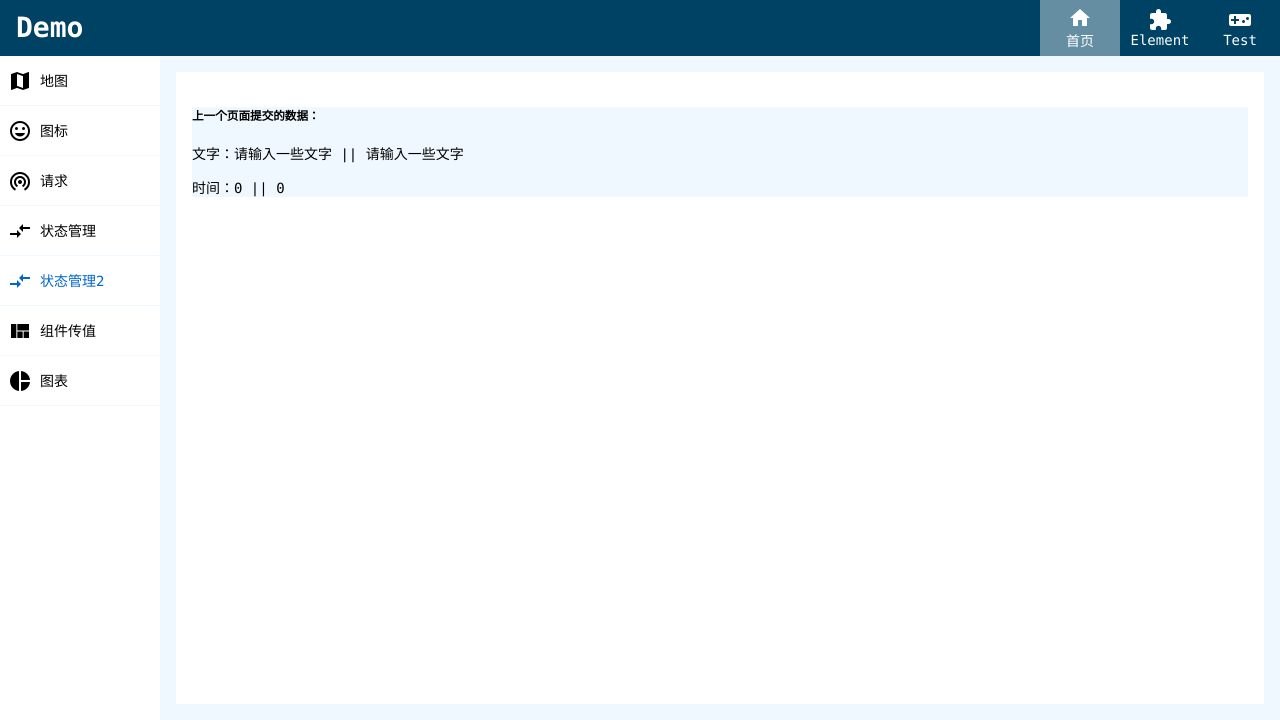
Repository: zh-webliker/element-vue
Page: /Main/Storage2
These files come from the project's save history. The page is drawn as it stood at one moment and after the next save; the edit follows.
The browser window is 1280 px wide. The pictures show the whole page.
The project was rebuilt for these pictures with package versions that can differ from the ones it lists, and the page was loaded fresh each time. Also part of the build but not shown: vue.config.js. Imported but missing from the stored project, and not drawn on this page: src/json/contour, src/json/hl.

Above is the page before, as saved 2020-08-05 18:03:39.

### public/index.html
<!DOCTYPE html>
<html lang="en">
  <head>
    <meta charset="utf-8">
    <meta http-equiv="X-UA-Compatible" content="IE=edge">
    <meta name="viewport" content="width=device-width,initial-scale=1.0">
    <link rel="icon" href="<%= BASE_URL %>favicon.ico">
    <title>demo</title>

  </head>
  <body>
    <noscript>
      <strong>We're sorry but demo doesn't work properly without JavaScript enabled. Please enable it to continue.</strong>
    </noscript>
    <div id="app"></div>
    <!-- built files will be auto injected -->
  </body>
</html>

### src/main.js
import Vue from 'vue'
import App from './App.vue'
import router from './router'
import store from './store/store'

import './style/style.scss'
import 'material-icons'


/***
 * 初始化axios
 * https://www.kancloud.cn/yunye/axios/234845
 */
import axios from 'axios'
axios.defaults.baseURL = process.env.NODE_ENV === 'production' ? '/' : '/api';
axios.defaults.headers.withCredentials = true;
Vue.prototype.$axios = axios;

// import './style/test.scss'

/**
 * element
 * */
import Element from 'element-ui'
import './style/element-variables.scss'
Vue.use(Element);


Vue.config.productionTip = false;

new Vue({
  router,
  store,
  render: h => h(App)
}).$mount('#app');

### src/App.vue
<template>
  <div id="app">

    <!--header标签和下面的nav标签，是H5新增的标签，相当于有语义的div-->
    <header class="header">

      <h1>{{appName}}</h1>

      <nav>

        <!--router-link是vue自带组件，用于项目内跳转，会编译成a标签-->
        <router-link to="/Main">
          <i class="material-icons">home</i>
          <span>首页</span>
        </router-link>
        <router-link to="/Element">
          <i class="material-icons">extension</i>
          <span>Element</span>
        </router-link>

        <router-link to="/Test">
          <i class="material-icons">videogame_asset</i>
          <span>Test</span>
        </router-link>
        <!--<router-link to="/">
          <i class="material-icons">logout</i>
          <span>退出</span>
        </router-link>-->
      </nav>
    </header>

    <router-view/>

  </div>
</template>

<script>
  const appName = "Demo";

  export default ({
    name: "App",
    data(){
      return {
        appName
      }
    }
  })

</script>

<style lang="scss">

</style>

### src/router.js
import Vue from 'vue'
import Router from 'vue-router'

Vue.use(Router);

export default new Router({
  mode: 'history',
  routes: [
    {
      path: "/",
      redirect: "/Main"
    },
    {
      name: "Main",
      path: "/Main",
      component: ()=> import('./views/main/Main.vue'),
      children: [
        {
          path: "/",
          redirect: "/Main/Map"
        },
        {
          //在router-link跳转中，如果路由设置了name，也可以用name替代path
          name: "Map",
          path: "/Main/Map",
          component: ()=> import('./views/main/Map.vue')
        },
        {
          name: "Icon",
          path: "/Main/Icon",
          component: ()=> import('./views/main/Icon.vue')
        },
        {
          name: "Requesting",
          path: "/Main/Requesting",
          component: ()=> import('./views/main/Requesting.vue')
        },
        {
          name: "Storage",
          path: "/Main/Storage",
          component: ()=> import('./views/main/Storage.vue')
        },
        {
          name: "Storage2",
          path: "/Main/Storage2",
          component: ()=> import('./views/main/Storage2.vue')
        },
        {
          name: "Deliver",
          path: "/Main/Deliver",
          component: ()=> import('./views/main/Deliver.vue')
        },
        {
          name: "Charts",
          path: "/Main/Charts",
          component: ()=> import('./views/main/Charts.vue')
        }
      ]
    },
    {
      name: "Element",
      path: "/Element",
      component: ()=> import('./views/element/ElementMain.vue'),
      children: [
        {
          path: "/",
          redirect: "/Element/Table"
        },
        {
          name: "Table",
          path: "/Element/Table",
          component: ()=> import('./views/element/Table.vue'),
        },
        {
          name: "Tab",
          path: "/Element/Tab",
          component: ()=> import('./views/element/Tab.vue'),
        },
        {
          name: "Form",
          path: "/Element/Form",
          component: ()=> import('./views/element/Form.vue'),
        },
        {
          name: "Tree",
          path: "/Element/Tree",
          component: ()=> import('./views/element/Tree.vue'),
        }
      ]
    },

    {
      name: "Test",
      path: "/Test",
      component: ()=> import('./views/test/Test.vue'),
      redirect: "/Test/Mixin",

      children:[
        {
          name: "Mixin",
          path: "/Test/Mixin",
          component: ()=> import('./views/test/mixins/Index.vue')
        },
        {
          name: "DraggableModule",
          path: "/Test/DraggableModule",
          component: ()=> import('./views/test/draggable/DraggableModule.vue')
        }
      ]
    },

    //把404页面放到最后匹配剩下的全部页面
    {
      name: "404",
      path: "*",
      component: ()=> import('./views/404.vue'),
    }

  ]
})

### src/store/store.js
import Vue from 'vue'
import Vuex from 'vuex'

import StorageStore from './StorageStore'

Vue.use(Vuex);

export default new Vuex.Store({
  state: {

  },
  mutations: {

  },
  actions: {

  },

  //引入模组store
  modules: {
    storage: StorageStore
  }
})

### src/style/style.scss


/*theme*/
$primaryColor: #0065cb;
$primaryTextColor: white;
$primaryBgColor: #004264;
$bgColor: white;

/*global*/
a {
  text-decoration: none;
  color: inherit;
}
.page {
  position: absolute;
  top: 56px;
  bottom: 0;
  left: 0;
  right: 0;
  background-color: aliceblue;
}


/*body*/
body{
  padding: 0; margin: 0;
  font-family: 'Consolas', 'Microsoft YaHei UI';
  font-size: 14px;
}

/*header*/
header {
  background-color: $primaryBgColor;
  color: $primaryTextColor;
  padding: 0 16px;
  position: relative;
  height: 56px;

  h1 {
    margin: 0;
    line-height: 56px;
  }

  nav {
    position: absolute;
    right: 0;
    top: 0;
    height: 100%;
    cursor: pointer;
    display: flex;
    justify-content: center;

    a {
      display: inline-flex;
      width: 80px;
      height: 100%;
      justify-content: center;
      flex-direction: column;
      text-align: center;

      &:hover{
        background-color: rgba(255,255,255,0.1);
      }

      &.router-link-active{
        background-color: rgba(255,255,255,0.4);
      }
    }
  }
}

/*left navbar*/
.left-nav {
  position: absolute;
  width: 160px;
  top: 0;
  bottom: 0;
  left: 0;
  background-color: white;
  //color: $primaryTextColor;


  a {
    position: relative;
    display: flex;
    width: 100%;
    height: 50px;
    cursor: pointer;

    &:hover{
      //background-color: rgba(100,100,100,0.1);
      color: rgb(100,100,100);
    }
    &.router-link-active{
      //background-color: rgba(0,0,0,0.1);
      color: $primaryColor;
    }
    &:after{
      content: "";
      position: absolute;
      bottom: 0;
      width: 100%;
      height: 1px;
      //transform: scaleY(0.5);
      background-color: aliceblue;
    }

    i {
      line-height: 50px;
      width: 40px;
      text-align: center;
      font-size: 24px;
    }
    span {
      line-height: 50px;
      font-size: 14px;
    }

  }
}


.page-content {
  position: absolute;
  left: 160px;
  top: 0;
  bottom: 0;
  right: 0;
  //background-color: aliceblue;
  margin: 16px;
  padding: 16px;
  background-color: white;
  overflow-y: auto;
  overflow-x: auto;

  article{
    padding-bottom: 80px;
  }
}

### src/style/element-variables.scss
/* 改变主题色变量 */
$--color-primary: #00806a;

/* 改变 icon 字体路径变量，必需 */
$--font-path: '~element-ui/lib/theme-chalk/fonts';

@import "~element-ui/packages/theme-chalk/src/index";

.el-main>div:nth-child(2){
  padding: 16px;
}

### src/views/main/Main.vue
<template>
  <div class="page">

    <nav class="left-nav">
      <router-link to="Map">
        <i class="material-icons">map</i>
        <span>地图</span>
      </router-link>
      <router-link to="Icon">
        <i class="material-icons">insert_emoticon</i>
        <span>图标</span>
      </router-link>
      <router-link to="Requesting">
        <i class="material-icons">wifi_tethering</i>
        <span>请求</span>
      </router-link>
      <router-link to="Storage">
        <i class="material-icons">compare_arrows</i>
        <span>状态管理</span>
      </router-link>
      <router-link to="Storage2">
        <i class="material-icons">compare_arrows</i>
        <span>状态管理2</span>
      </router-link>
      <router-link to="Deliver">
        <i class="material-icons">view_quilt</i>
        <span>组件传值</span>
      </router-link>
      <router-link to="Charts">
        <i class="material-icons">pie_chart</i>
        <span>图表</span>
      </router-link>
    </nav>

    <div class="page-content">
      <router-view/>
    </div>
  </div>
</template>

<script>
  export default {
    name: "Main"
  }
</script>

<style scoped>

</style>

### src/views/main/Storage2.vue
<template>
  <div style="background: aliceblue">
    <h5>上一个页面提交的数据：</h5>
    <p>文字：{{text}} || {{getText}}</p>
    <p>时间：{{time}} || {{getTime}}</p>
  </div>
</template>

<script>
  import {mapState, mapGetters} from 'vuex';

  export default {
    name: "Storage2",
    computed: {

      //可以理解为批量获取。第一个参数是命名空间的名称，如果没有命名空间可以省略
      //两种方式，mapState映射state，mapSGetters映射getters
      ...mapState('storage',{
        text: state=> state.storageText,
        time: state=> state.storageTime
      }),

      ...mapGetters('storage', [
        'getText',
        'getTime'
      ])
    }
  }
</script>

<style scoped>

</style>

### src/store/StorageStore.js

//vuex store 模块
//https://vuex.vuejs.org/zh/guide/modules.html

export default {

  //开启命名空间
  namespaced: true,

  //状态
  state: {
    "storageText": "请输入一些文字",
    "storageTime": 0
  },

  //set操作
  mutations: {
    setText: (state, text)=> state.storageText = text,
    setTime: (state, time)=> state.storageTime = time
  },

  //批量操作，可以执行异步
  actions: {
    setStorage(context, obj){
      context.commit('setText', obj.text);
      context.commit('setTime', obj.time);
    }
  },

  //get操作
  getters:{
    getText(state) {
      return state.storageText;
    },
    getTime(state) {
      return state.storageTime;
    },
    getNextTime(state){
      return state.storageTime + 60;
    }
  }
}

After the next save:
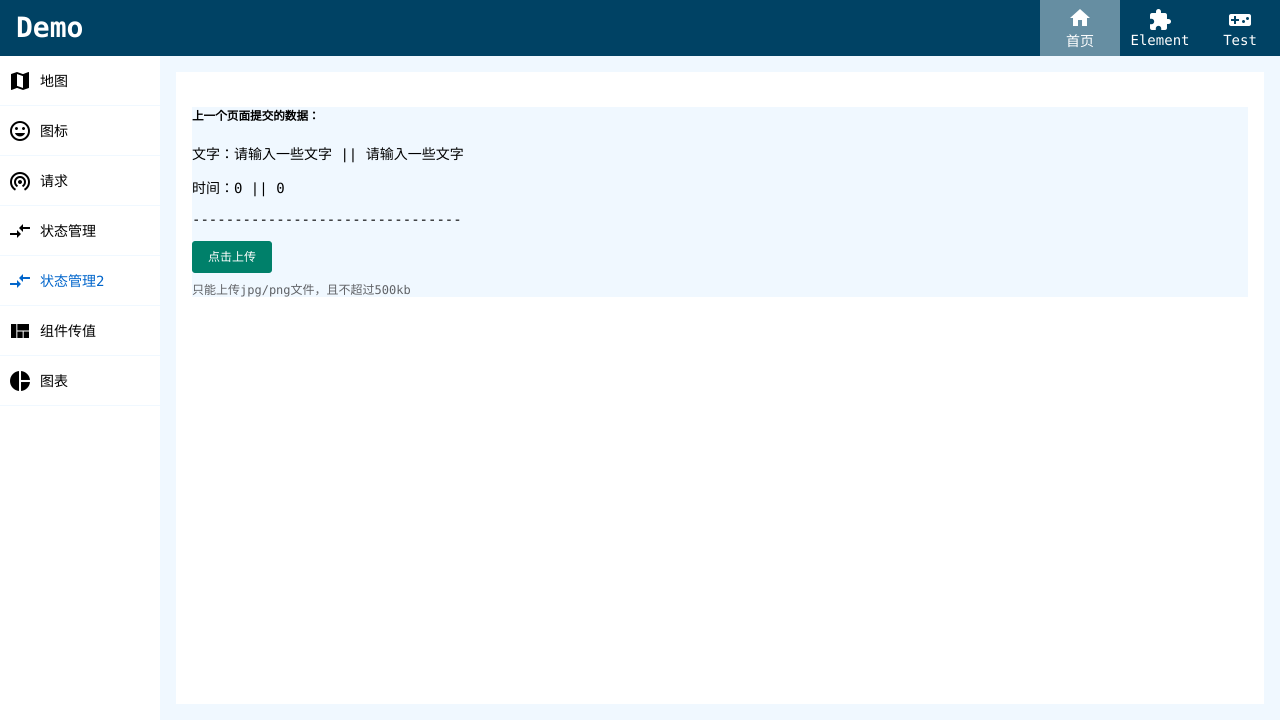
Saved 4 days later.
--- a/src/views/main/Storage2.vue
+++ b/src/views/main/Storage2.vue
@@ -3,6 +3,19 @@
     <h5>上一个页面提交的数据：</h5>
     <p>文字：{{text}} || {{getText}}</p>
     <p>时间：{{time}} || {{getTime}}</p>
+    <p>--------------------------------</p>
+    <div>
+      <el-upload
+        class="upload-demo"
+        action="https://jsonplaceholder.typicode.com/posts/"
+        multiple
+        :limit="3"
+        :on-exceed="handleExceed"
+        :file-list="fileList">
+        <el-button size="small" type="primary">点击上传</el-button>
+        <div slot="tip" class="el-upload__tip">只能上传jpg/png文件，且不超过500kb</div>
+      </el-upload>
+    </div>
   </div>
 </template>
 
@@ -24,6 +37,11 @@
         'getText',
         'getTime'
       ])
+    },
+    data () {
+      return {
+        fileList:[]
+      }
     }
   }
 </script>
